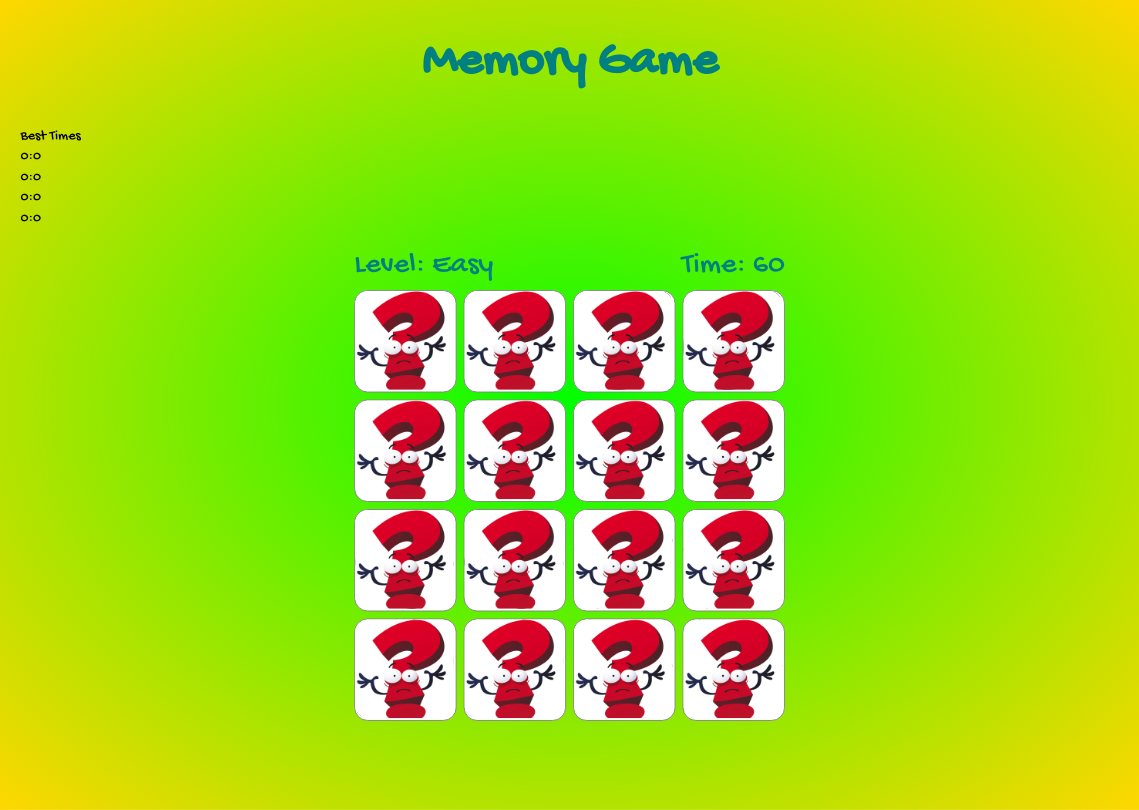
Repository: lauramika/Memory-Game
Page: index.html
The author's editor kept a record of every edit. The page is drawn from the files as they stood at one moment, then again after the next edit.
The browser window is 1280 px wide. The pictures show the whole page, at 89% of full size.

Above is the page before.

### index.html
<!DOCTYPE html>
<html lang = 'en'>
    <head>
        <meta name="viewport" content="width=device-width, initial-scale=1.0">
        <link rel="stylesheet" href="style.css" type="text/css" />
        <title>Memory Game</title>
    </head>
    <body>
        <h1 class="title-game">Memory Game</h1>

          <div class="times">
            <table>
              <tr>
                <td class= "title">Best Times</td>
              </tr>
              <tr>
                <td class = "slot">0:0</td>
              </tr>
              <tr>
                <td class = "slot">0:0</td>
              </tr>
              <tr>
                <td class = "slot">0:0</td>
              </tr>
              <tr>
                <td class = "slot">0:0</td>
              </tr>
            </table>
          </div>

        <div class="main-container">
            <div class= "rules-container">
                <div class="level-container">
                    Level: <span id="level">Easy</span>
                </div>
                <div class="time-container">
                    Time: <span id="time-left">60</span>
                </div>
            </div>
            <div class="cards">

                <div class="front-face">
                    <img src="images/camera.png"></img>
                </div>
                 <div class="back-face">
                   <img src="images/question.jpg"></img>
                </div>
            </div>
            <div class="cards">


                <div class="front-face">
                    <img src="images/camera.png"></img>
                </div>
                 <div class="back-face">
                   <img src="images/question.jpg"></img>
                </div>
            </div>
            <div class="cards">

                <div class="front-face">
                    <img src="images/bomb.png"></img>
                </div>
                 <div class="back-face">
                   <img src="images/question.jpg"></img>
                </div>
            </div>
            <div class="cards">

                <div class="front-face">
                    <img src="images/bomb.png"></img>
                </div>
                 <div class="back-face">
                   <img src="images/question.jpg"></img>
                </div>
            </div>
            <div class="cards">

                <div class="front-face">
                    <img src="images/garfield.jpg"></img>
                </div>
                 <div class="back-face">
                   <img src="images/question.jpg"></img>
                </div>
            </div>
            <div class="cards">

                <div class="front-face">
                    <img src="images/garfield.jpg"></img>
                </div>
                 <div class="back-face">
                   <img src="images/question.jpg"></img>
                </div>
            </div>
            <div class="cards">

                <div class="front-face">
                    <img src="images/ladybug.jpg"></img>
                </div>
                 <div class="back-face">
                   <img src="images/question.jpg"></img>
                </div>
            </div>
            <div class="cards">

                <div class="front-face">
                    <img src="images/ladybug.jpg"></img>
                </div>
                 <div class="back-face">
                   <img src="images/question.jpg"></img>
                </div>
            </div>
            <div class="cards">

                <div class="front-face">
                    <img src="images/puppy.jpg"></img>
                </div>
                 <div class="back-face">
                   <img src="images/question.jpg"></img>
                </div>
            </div>
            <div class="cards">

                <div class="front-face">
                    <img src="images/puppy.jpg"></img>
                </div>
                 <div class="back-face">
                   <img src="images/question.jpg"></img>
                </div>
            </div>
            <div class="cards">

                <div class="front-face">
                    <img src="images/star.jpg"></img>
                </div>
                 <div class="back-face">
                   <img src="images/question.jpg"></img>
                </div>
            </div>
            <div class="cards">

                <div class="front-face">
                    <img src="images/star.jpg"></img>
                </div>
                 <div class="back-face">
                   <img src="images/question.jpg"></img>
                </div>
            </div>
            <div class="cards">

                <div class="front-face">
                    <img src="images/frog.jpg"></img>
                </div>
                 <div class="back-face">
                   <img src="images/question.jpg"></img>
                </div>
            </div>
            <div class="cards">

                <div class="front-face">
                    <img src="images/frog.jpg"></img>
                </div>
                 <div class="back-face">
                   <img src="images/question.jpg"></img>
                </div>
            </div>
            <div class="cards">

                <div class="front-face">
                    <img src="images/bananas.jpg"></img>
                </div>
                 <div class="back-face">
                   <img src="images/question.jpg"></img>
                </div>
            </div>
            <div class="cards">

                <div class="front-face">
                    <img src="images/bananas.jpg"></img>
                </div>
                 <div class="back-face">
                   <img src="images/question.jpg"></img>
                </div>
            </div>

        </div>
    </body>
</html>

### style.css
@import url('https://fonts.googleapis.com/css?family=Gochi+Hand&display=swap');
* {
    box-sizing: border-box;
}
html {
    min-height: 100vh;
}
body {
    margin: 0;
    background: radial-gradient(lime, gold);
    font-family: 'Gochi Hand', cursive;
}
h2 {
    text-align: center;
}
p, .times {
    margin: 20px;
}
.title-game {
    color: teal;
    text-align: center;
    font-size: 3.5em;
}

.rules-container {
    grid-column: 1 / -1;
    display: flex;
    justify-content: space-between;
}
.main-container {
    display: grid;
    grid-template-columns: repeat(4, auto);
    grid-gap: 8px;
    justify-content: center;
    margin-bottom: 100px;
    color: teal;
    font-size: 2.1em;
}

.cards {
    background-color: white;
    height: 115px;
    width: 115px;
    border-radius: 15px;
    transition: transform .2s;
    border: 1px solid gray;
    position: relative;
}
.cards:hover {
    transform: scale(1.05);
}

img {
    height: 111px;
    width: 111px;
    border-radius: 15px;
}
.front-face, .back-face {
    position: absolute;
}
.buttons {
    text-align: center;
}
button {
color: #fff !important;
text-transform: uppercase;
text-decoration: none;
background: #60a3bc;
padding: 20px;
border-radius: 50px;
display: inline-block;
border: none;
transition: all 0.4s ease 0s;
}
button: hover {

}

@media screen and (max-width: 800px) {
  .cards{
      height: 95px;
      width: 95px;
  }
  img {
      height: 91px;
      width: 91px;
  }
  .main-container {
      grid-gap: 4px;
  }
  .title-game {
      font-size: 2.5em;
  }
  .main-container {
      font-size: 1.6em;
  }
  }
@media screen and (max-width: 480px) {
  .cards{
      height: 70px;
      width: 70px;
  }
  img {
      height: 66px;
      width: 66px;
  }
  .main-container {
      grid-gap: 1px;
  }
  .title-game {
      font-size: 2em;
  }
  .main-container {
      font-size: 1.2em;
  }
  }

After the next edit:
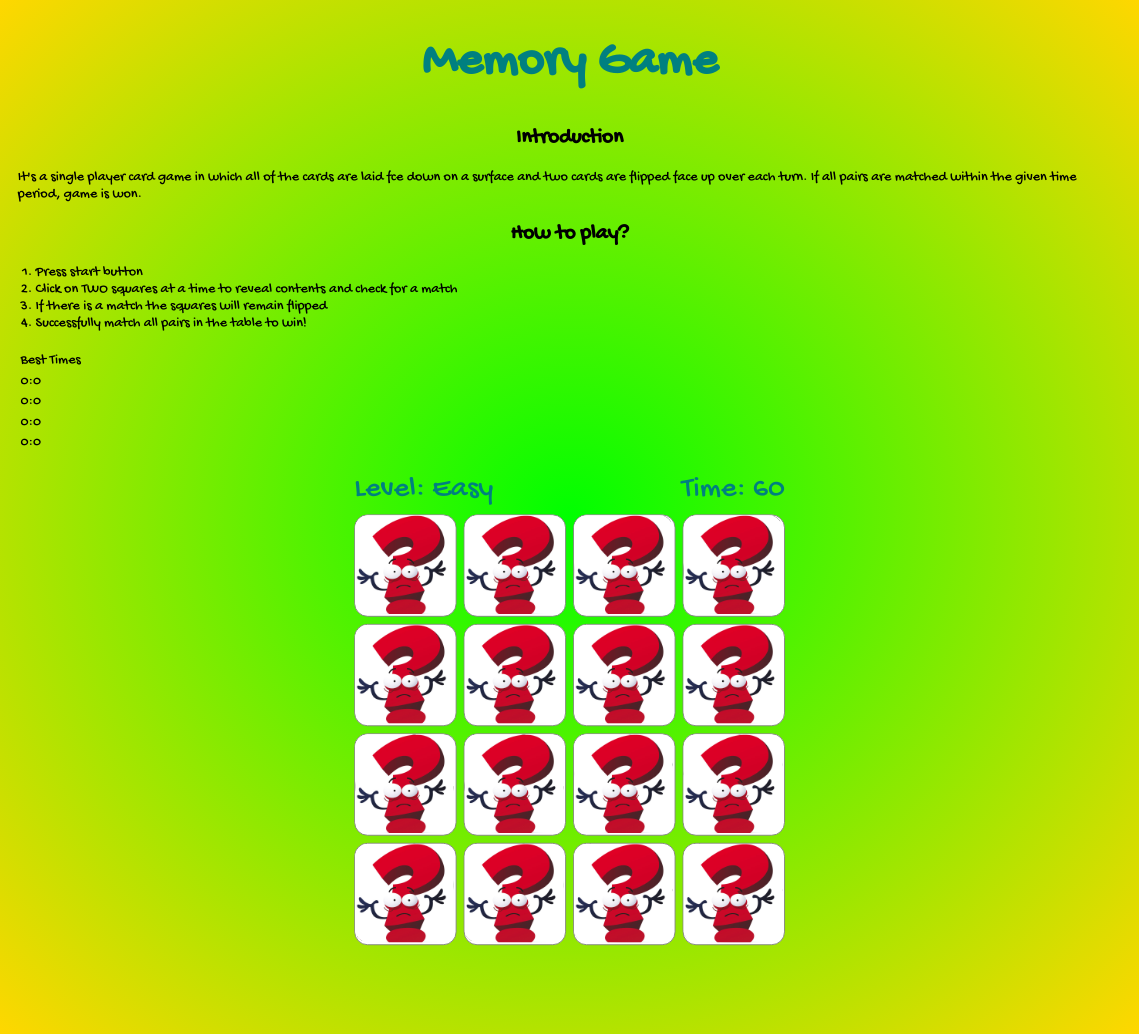
The edit:
--- a/index.html
+++ b/index.html
@@ -7,7 +7,18 @@
     </head>
     <body>
         <h1 class="title-game">Memory Game</h1>
-
+        <h2>Introduction</h2>
+            <p>It's a single player card game in which all of the cards are
+            laid fce down on a surface and two cards are flipped face up over
+            each turn. If all pairs are matched within the given time
+            period, game is won.</p>
+        <h2>How to play?</h2>
+              <ol>
+                <li>Press start button</li>
+                <li>Click on TWO squares at a time to reveal contents and check for a match</li>
+                <li>If there is a match the squares will remain flipped </li>
+                <li>Successfully match all pairs in the table to win!</li>
+              </ol>
           <div class="times">
             <table>
               <tr>
